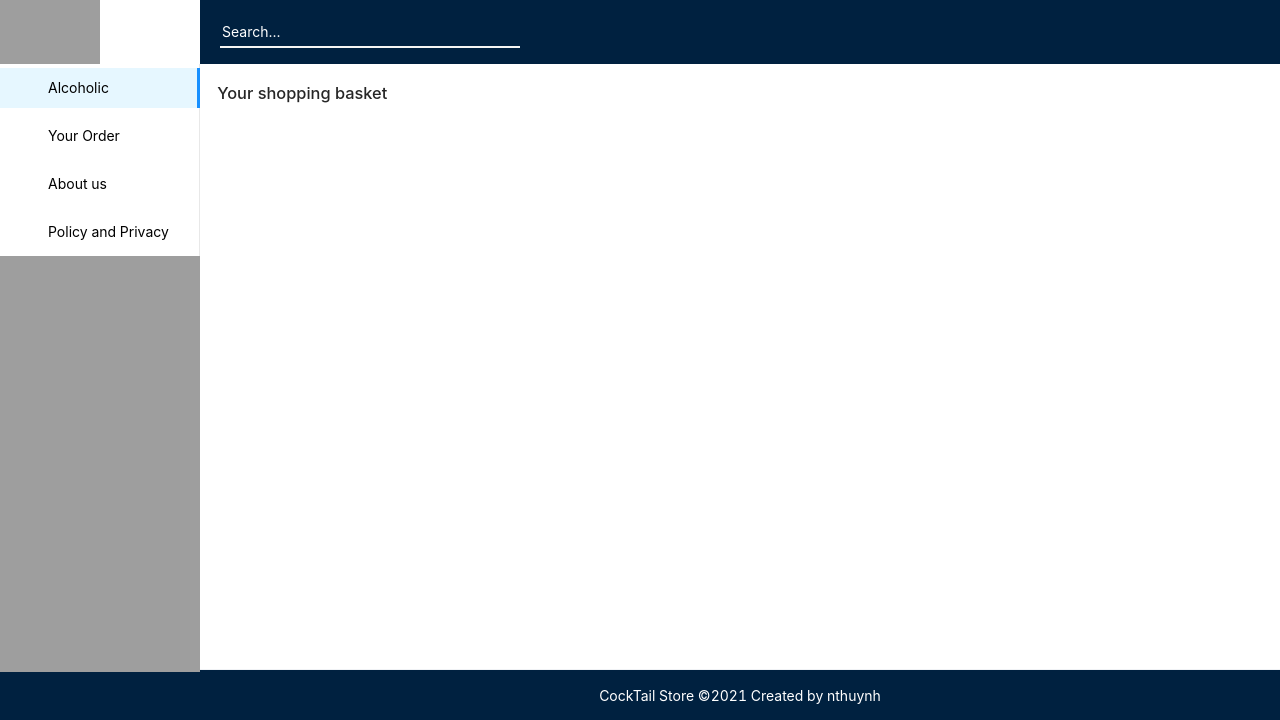
Repository: huynhnt1406/cocktail
Page: /yourorder
The author's editor kept a copy of each file at every save. The page is drawn from the files as they stood at one save, then again after the next save.
The browser window is 1280 px wide. The pictures show the whole page.
Pictures or frames that could not be fetched are drawn as grey boxes. The project was rebuilt for these pictures with package versions that can differ from the ones it lists, and the page was loaded fresh each time. Also part of the build but not shown: src/components/CockTail.vue, src/components/DetailPage.vue, src/components/AboutUs.vue, src/components/PolicyandPrivacy.vue.

Above is the page before, as saved 2021-05-08 01:07:40.

### public/index.html
<!DOCTYPE html>
<html lang="">
  <head>
    <meta charset="utf-8">
    <meta http-equiv="X-UA-Compatible" content="IE=edge">
    <meta name="viewport" content="width=device-width,initial-scale=1.0">
    <link rel="icon" href="<%= BASE_URL %>favicon.ico">
    <title><%= htmlWebpackPlugin.options.title %></title>
    <link rel="preconnect" href="https://fonts.gstatic.com">
    <link href="https://fonts.googleapis.com/css2?family=Poppins:ital,wght@0,200;0,300;1,400&display=swap" rel="stylesheet">
    <link rel="stylesheet" href="https://cdnjs.cloudflare.com/ajax/libs/font-awesome/4.7.0/css/font-awesome.min.css">
  </head>
  <body>
    <noscript>
      <strong>We're sorry but <%= htmlWebpackPlugin.options.title %> doesn't work properly without JavaScript enabled. Please enable it to continue.</strong>
    </noscript>
    <div id="app"></div>
    <!-- built files will be auto injected -->
  </body>
</html>

### src/main.js
import Vue from 'vue'
import App from './App.vue'
import store from './store/index'
import router from './router/index'
import 'ant-design-vue/dist/antd.css';
import Antd from 'ant-design-vue';
Vue.config.productionTip = false
Vue.use(Antd);
new Vue({
  store,
  router,
  render: h => h(App),
}).$mount('#app')

### src/App.vue
<template>
  <a-layout id="components-layout-demo-side" theme="light"  style="min-height: 100vh">
    <a-layout-sider style="background-color:white" v-model="collapsed" collapsible >
      <img style="height:64px ; width:50%" src="https://i.pinimg.com/originals/fd/3e/53/fd3e533305c578157dbaf393b76ac1ee.jpg" alt="">
      <a-menu theme="light" :default-selected-keys="['1']" mode="inline">
        <a-menu-item key="1">
          <a-icon type="menu" />
          <span><router-link class="link" to="/">Alcoholic</router-link></span>
        </a-menu-item>
        <a-menu-item key="2">
           <a-icon type="shopping-cart" />
          <span><router-link class="link"  to="/yourorder">Your Order</router-link></span>
        </a-menu-item>
           <a-menu-item key="3">
           <a-icon type="info-circle" />
          <span><router-link class="link"  to="/aboutus">About us</router-link></span>
        </a-menu-item>
           <a-menu-item key="4">
           <a-icon type="safety-certificate" />
          <span><router-link class="link"  to="/policyandprivacy">Policy and Privacy</router-link></span>
        </a-menu-item>
      </a-menu>
      <img style="height:62% ; width:100%" src="https://www.gobourbon.com/wp-content/uploads/2019/03/EFCCF7C6-0A6F-4658-83B6-877007B0A1AC-751x1024.jpeg" alt="">
    </a-layout-sider>
    <a-layout>
      <a-layout-header style="background: #fff; padding: 0" >
        <SearchBar/>
      </a-layout-header>
      <a-layout-content>
        <div class="cocktail-lists" :style="{ padding:'2.4vh',  background: '#fff', minHeight: '360px' }">
          <router-view/>
        </div>
      </a-layout-content>
      <a-layout-footer class="footer" style="text-align: center" :style="{padding:'2vh',color:'white' ,background: '#002140',textAlign:'center'}">
        CockTail Store ©2021 Created by nthuynh
      </a-layout-footer>
    </a-layout>
  </a-layout>
</template>
<script>
import SearchBar from './components/SearchBar'
export default {
  data() {
    return {
      collapsed: false,
    };
  },
  components:{
    SearchBar
  }
};
</script>

<style>
#components-layout-demo-side .logo {
  height: 32px;
  background: rgba(255, 255, 255, 0.2);
  margin: 16px;
}
#components-layout-demo-side{
  background-color: red;
}
.cocktail-lists{
  overflow-y: scroll;
  height:84vh;
}
.footer{
  background-color: #002140;
}
.link{
  color:black;
}
.link:focus{
  color:gray;
}
</style>

### src/store/index.js
import Vue from 'vue'
import Vuex from 'vuex'
import cocktail from './modules/cocktail'
Vue.use(Vuex)
export default new Vuex.Store({
    modules:{
        cocktail
    }
})

### src/router/index.js
import Vue from 'vue'
import VueRouter from 'vue-router'
import CockTail from '../components/CockTail'
import DetailPage from '../components/DetailPage'
import Order from '../components/Order'
import AboutUs  from '../components/AboutUs'
import PolicyandPrivacy from '../components/PolicyandPrivacy'
const routes = [
    {
        path:'/',
        name:'CockTail',
        component:CockTail
    },
    {
        path:'/detailpage/:id',
        name:'DetailPage',
        component:DetailPage,
        props:true
    },
    {
        path:'/yourorder',
        name:'Order',
        component:Order,
    },
    {
        path:'/aboutus',
        name:'AboutUs',
        component:AboutUs,
    },
    {
        path:'/policyandprivacy',
        name:'PolicyandPrivacy',
        component:PolicyandPrivacy,
    },
]
Vue.use(VueRouter)

export default new VueRouter({
    routes,
    mode:'history'
})

### src/components/SearchBar.vue
<template>
  <div class="searchbar">
    <div class="search-tool">
        <input type="text" placeholder="Search..." >
    </div>
  </div>
</template>

<script>
export default {
}
</script>

<style>
.searchbar{
    display: flex;
    justify-content: space-between;
    align-items: center;
    padding-left:10px;
    padding-right: 10px;
    background-color: #002140;
}
.search-tool input{
    height: 30px;
    width: 300px;
    background-color: transparent;
    border-left:none;
    border-right: none;
    border-top:none;
    border-bottom: 2px solid #f5f5f3;
    margin-left: 10px;
    outline: none;
    color:white;
}
::placeholder{
  color:white;
}
.search-tool input:focus{
    border-bottom: 2px solid green;
}
</style>

### src/store/modules/cocktail.js
import axios from 'axios'

const state = {
    cocktailLists: [],
    cart:[]
}
const getters = {
    allCocktails : state => state.cocktailLists,
    allItems : state => state.cart
}
const actions = {
    async fetchCocktail({commit}){
        const res = await axios.get(`https://www.thecocktaildb.com/api/json/v1/1/search.php?f=b`)
        commit('getCocktail', res.data.drinks)
        console.log(res.data.drinks)
    },
    addProductToCart({commit}, {product, quantity}){
        commit('ADD_TO_CART', {product,quantity})
    },
    deleteItem({commit}, index) {
        commit('removeItem', index)
    }
}

const mutations = {
    getCocktail : (state, cocktailLists) => state.cocktailLists = cocktailLists,
    ADD_TO_CART : (state, {product,quantity}) => {
        state.cart.push({
            product,
            quantity
        })
    },
    removeItem: (state, index) => state.cart.filter(item => item.index !== index)
}

export default {
    state,getters,actions,mutations
}

### src/components/Order.vue
<template>
  <div class="order-page">
    <div class="order-header">
      <h3>Your shopping basket</h3>
      <a-badge :count="cardItems.length">
        <a-icon type="shopping-cart" :style="{fontSize:'30px'}" />
      </a-badge>
    </div>
    <div v-for="(item, index) in cardItems" :key="index" class="order-header">
      <div class="item">
          <div class="item-img">
            <img :src="item.product[0].strDrinkThumb" :alt="item.product[0].idDrink">
              <div class="item-info">
                <h3>Type : {{item.product[0].strAlcoholic}}</h3>
                <h3>Drink : {{item.product[0].strDrink}}</h3>
                <h3>Glass : {{item.product[0].strGlass}}</h3>
              </div>
          </div>
          <div class="item-actions">
            <a-button @click="deleteITEM(index)" class="m-2"   type="danger" >
              Remove
            </a-button>
          </div>
      </div>
    </div>
  </div>
</template>

<script>
import { mapActions, mapGetters } from 'vuex'
export default {
  name:'Order',
  computed : mapGetters(["allItems"]),

  data(){
    return{
      cardItems:[]
    }
  },
  created(){
    this.cardItems = this.allItems
    console.log(this.cardItems)
  },
  methods:{
    ...mapActions(["deleleItem"]),
    deleteITEM(index){
      if(index){
        this.deleteItem(index);
        console.log('deleted')
      }
    },
  },
}
</script>

<style>
.item-img img{
  height: 100px;
  width:100px;
  margin:10px;
}
.item{
  display: flex;
  flex:1;
  justify-content: space-between;
  align-items: center;
}
.item-img{
  display: flex;
  justify-content: center;
  align-items: center;
}
.order-header{
  display: flex;
  justify-content: space-between;
  align-items: center;
}
</style>

After the next save:
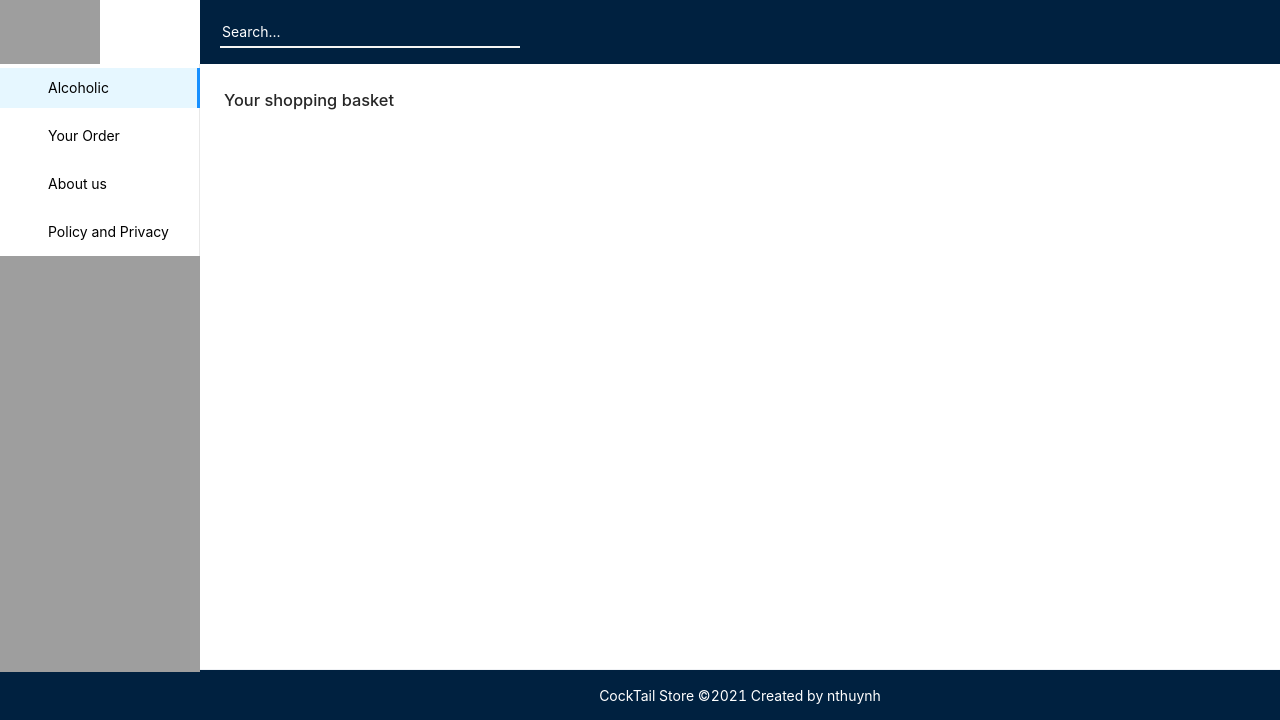
Saved 38 s later.
--- a/src/App.vue
+++ b/src/App.vue
@@ -27,7 +27,7 @@
         <SearchBar/>
       </a-layout-header>
       <a-layout-content>
-        <div class="cocktail-lists" :style="{ padding:'2.4vh',  background: '#fff', minHeight: '360px' }">
+        <div class="cocktail-lists" :style="{ padding:'24px',  background: '#fff', minHeight: '360px' }">
           <router-view/>
         </div>
       </a-layout-content>
